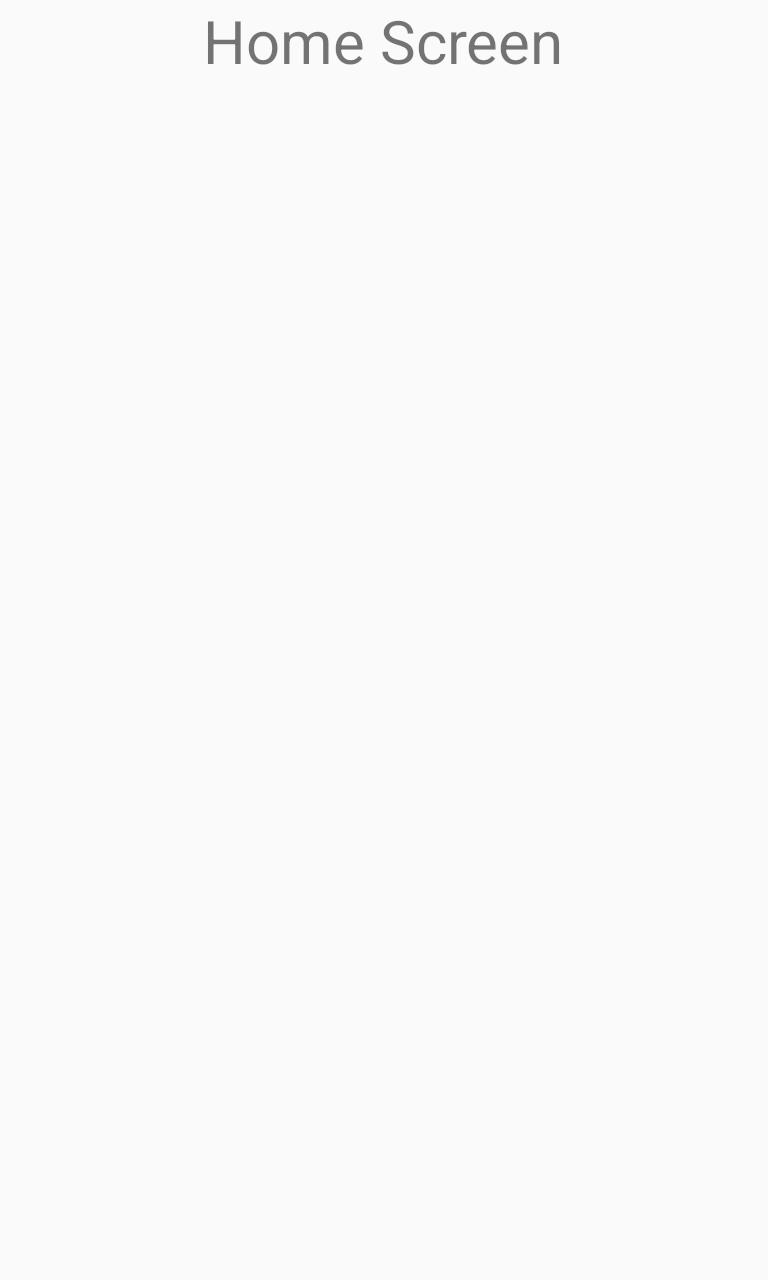
Repository: AlvaroCortez/Assigment1
Layout: SplashScreen/res/layout/activity_demo.xml
These files come from the project's save history. The layout is drawn as it stood at one moment and after the next save; the edit follows.
It is drawn on a 768 x 1280 px phone screen (xhdpi) without system bars, with theme AppTheme; the app's code is not run. Lists and similar views that code fills are empty.

Above is the layout before, as saved 2014-04-28 15:20:42.

### SplashScreen/res/layout/activity_demo.xml
<?xml version="1.0" encoding="utf-8"?>
<LinearLayout xmlns:android="http://schemas.android.com/apk/res/android"
    android:layout_width="fill_parent"
    android:layout_height="fill_parent"
    android:orientation="vertical" >

    <TextView
        android:layout_width="wrap_content"
        android:layout_height="wrap_content"
        android:gravity="center_horizontal"
        android:layout_gravity="center"
        android:text="@string/demo_message"
        android:textSize="30sp" />

    <ListView
    android:id="@+id/listView1"
    android:layout_width="match_parent"
    android:layout_height="0dp"
        android:layout_weight="1" >
</ListView>
 <ListView
        android:id="@android:id/list"
        android:layout_width="wrap_content"
        android:layout_height="wrap_content"/>

</LinearLayout>

### SplashScreen/res/values/strings.xml
<?xml version="1.0" encoding="utf-8"?>
<resources>
    <string name="app_name">SplashScreen</string>
    <string name="hello_world">Hello world!</string>
    <string name="menu_settings">Settings</string>
    <string name="title_activity_main">MainActivity</string>
    <string name="action_settings">MainActivity</string>
    <string name="title_activity_demo">Splash Screen</string>
    <string name="splash_message">Welcome to Splash Screen</string>
    <string name="demo_message">Home Screen</string>
</resources>

Loaded but not shown: SplashScreen/res/values/styles.xml (common file); SplashScreen/res/values-v11/styles.xml (common file); SplashScreen/res/values-v14/styles.xml (common file)

After the next save:
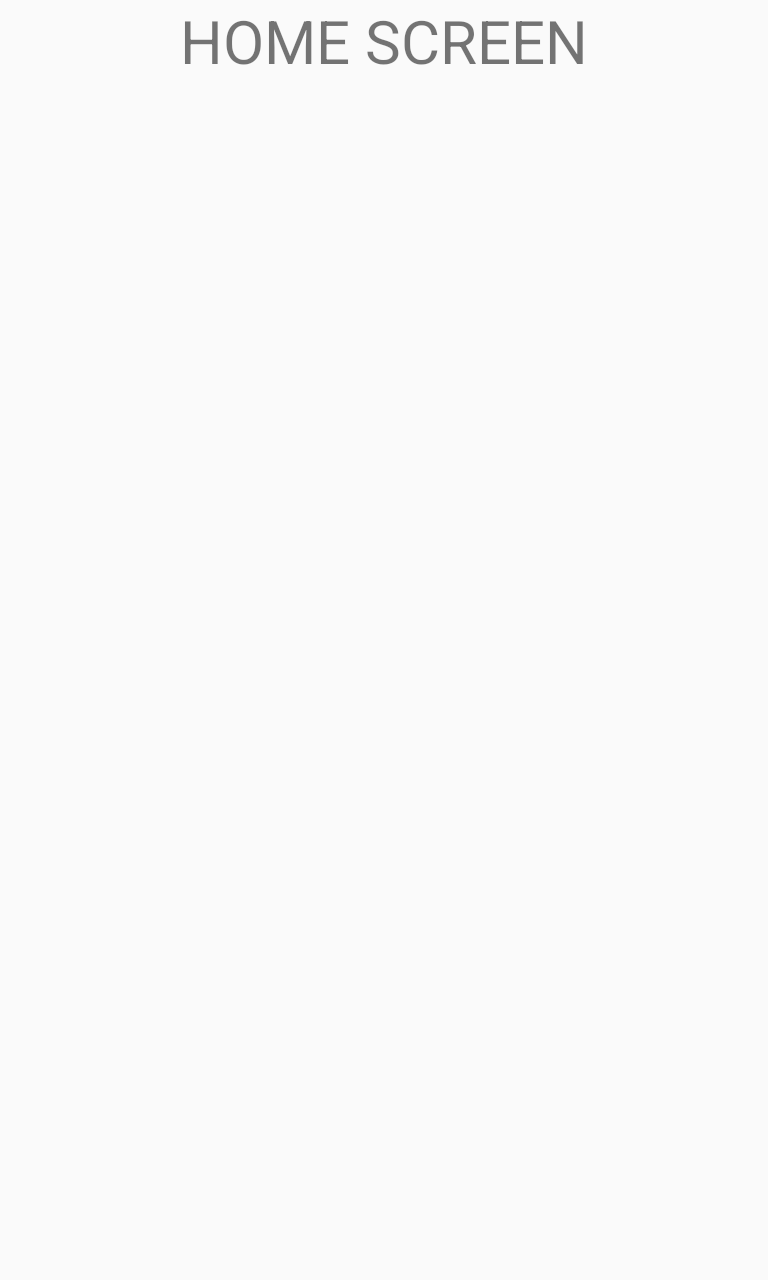
Saved 44 s later.
--- a/SplashScreen/res/layout/activity_demo.xml
+++ b/SplashScreen/res/layout/activity_demo.xml
@@ -7,7 +7,6 @@
     <TextView
         android:layout_width="wrap_content"
         android:layout_height="wrap_content"
-        android:gravity="center_horizontal"
         android:layout_gravity="center"
         android:text="@string/demo_message"
         android:textSize="30sp" />
--- a/SplashScreen/res/values/strings.xml
+++ b/SplashScreen/res/values/strings.xml
@@ -7,5 +7,5 @@
     <string name="action_settings">MainActivity</string>
     <string name="title_activity_demo">Splash Screen</string>
     <string name="splash_message">Welcome to Splash Screen</string>
-    <string name="demo_message">Home Screen</string>
+    <string name="demo_message">HOME SCREEN</string>
 </resources>
